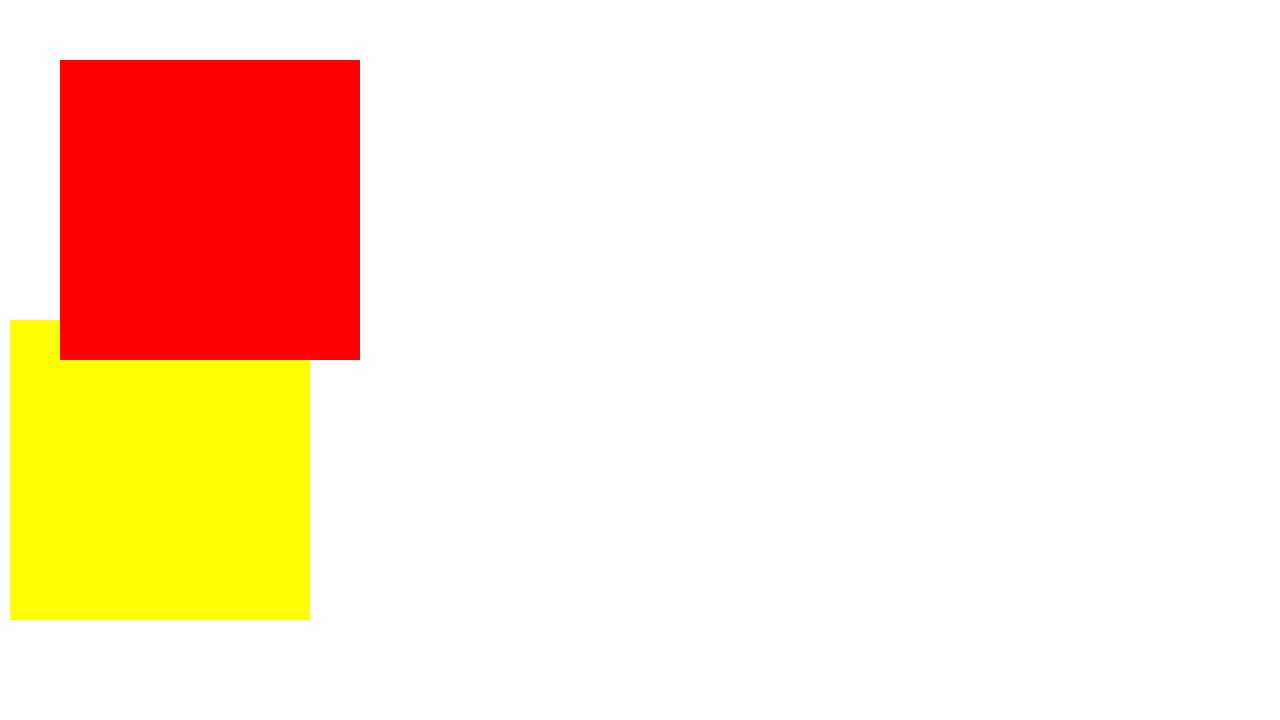
Repository: danilodscosta/CursoHTML
Page: aula1/aulascss.html
The author's editor kept a copy of each file at every save. The page is drawn from the files as they stood at one save, then again after the next save.
The browser window is 1280 px wide. The pictures show the whole page.

Above is the page before, as saved 2024-01-11 15:32:34.

After the next save:
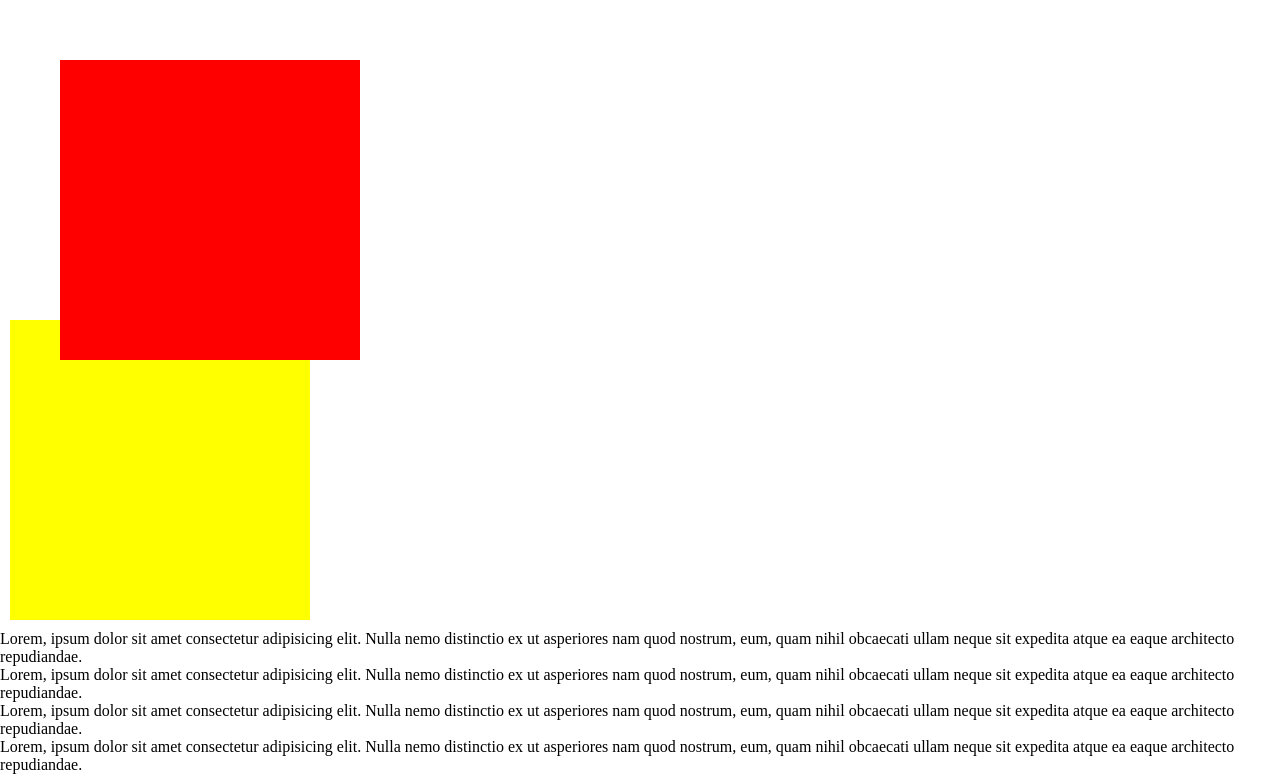
Saved 2 min 21 s later.
--- a/aula1/aulascss.html
+++ b/aula1/aulascss.html
@@ -15,5 +15,9 @@
         <div class="filha1"></div>
         <div class="filha2"></div>
     </div>
+    <p>Lorem, ipsum dolor sit amet consectetur adipisicing elit. Nulla nemo distinctio ex ut asperiores nam quod nostrum, eum, quam nihil obcaecati ullam neque sit expedita atque ea eaque architecto repudiandae.</p>
+    <p>Lorem, ipsum dolor sit amet consectetur adipisicing elit. Nulla nemo distinctio ex ut asperiores nam quod nostrum, eum, quam nihil obcaecati ullam neque sit expedita atque ea eaque architecto repudiandae.</p>
+    <p>Lorem, ipsum dolor sit amet consectetur adipisicing elit. Nulla nemo distinctio ex ut asperiores nam quod nostrum, eum, quam nihil obcaecati ullam neque sit expedita atque ea eaque architecto repudiandae.</p>
+    <p>Lorem, ipsum dolor sit amet consectetur adipisicing elit. Nulla nemo distinctio ex ut asperiores nam quod nostrum, eum, quam nihil obcaecati ullam neque sit expedita atque ea eaque architecto repudiandae.</p>
 </body>
 </html>
